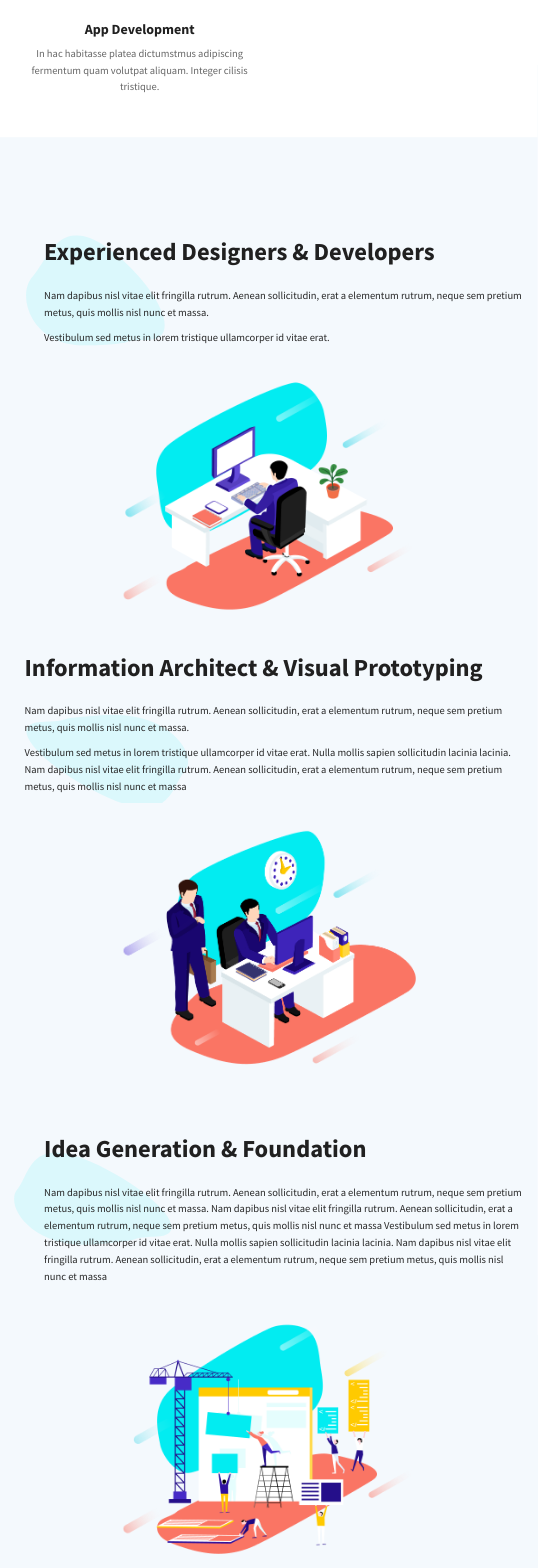
Repository: advert31337/marafon_from0to1_MartaUP
Page: index.html
These files come from the project's save history. The page is drawn as it stood at one moment and after a run of saves; the edit follows.
The browser window is 768 px wide. The pictures show the part of the page from y = 1360 to 3600 px (the page is 3600 px tall before and 3536 px after), at 70% of full size.

Above is the page before, as saved 2020-03-08 17:48:05.

After the next 2 saves:
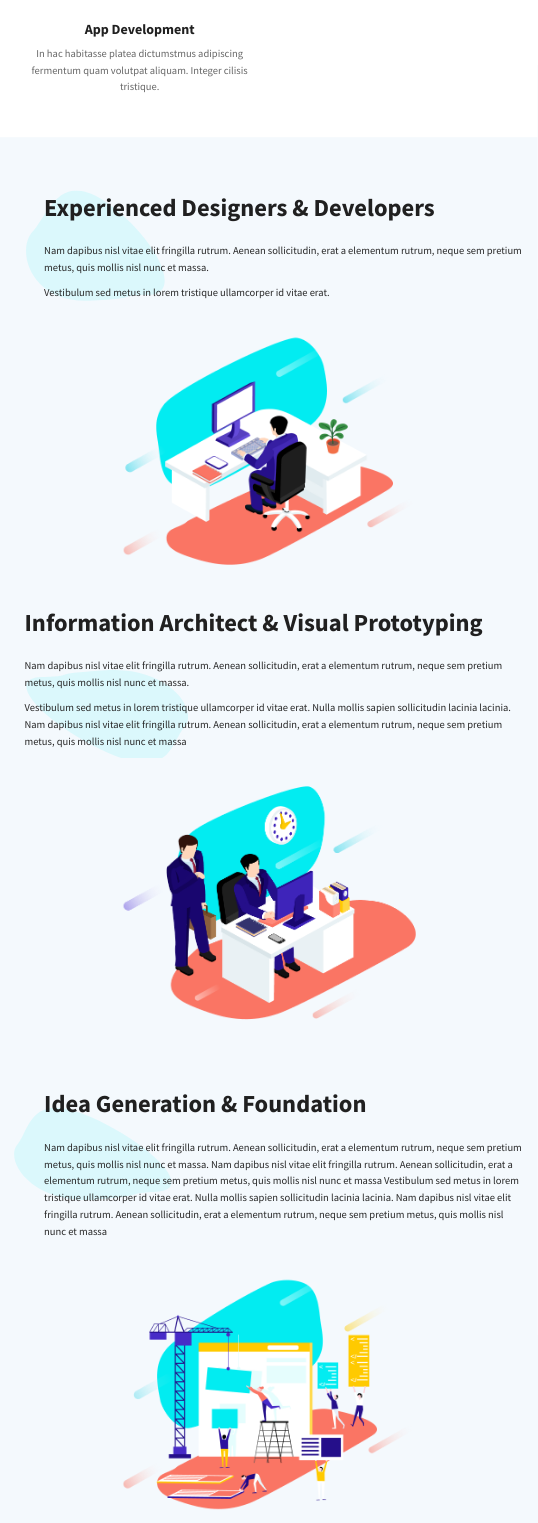
The 2 saves are shown as one change because they came seconds apart.
The last was saved 31 s later.
--- a/css/style.css
+++ b/css/style.css
@@ -407,6 +407,10 @@ a {
 }
 
 @media (max-width: 858px) {
+    .advantages{
+        padding-top: 0;
+    }
+
     .advantages-box__info{
         max-width: 100%;
         flex-wrap: wrap;
